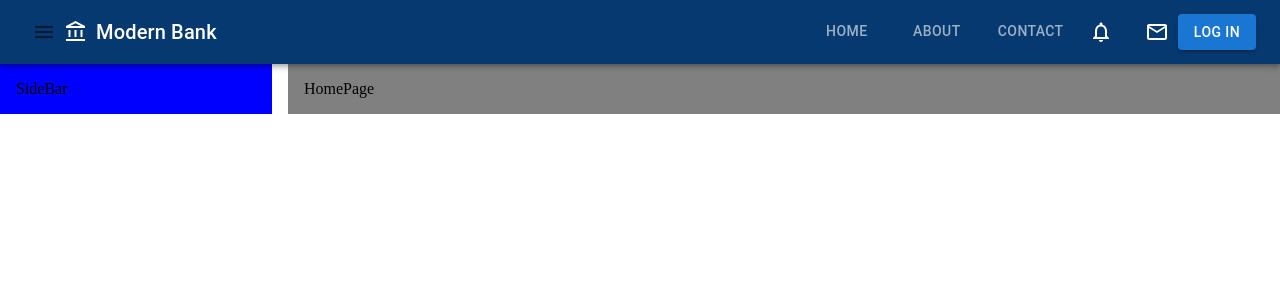
Repository: MohammadMazloum123/Moder-Bank-Full-Stack-Project
Page: / (app in Desktop/front-modernbank/front-modernbank/)
An editor plug-in stored every save of this project. The page is shown before and after the next save, followed by the edit.
The browser window is 1280 px wide. The pictures show the whole page.
The project was rebuilt for these pictures with package versions that can differ from the ones it lists, and the page was loaded fresh each time.

Above is the page before, as saved 2024-11-15 15:12:40.

After the next save:
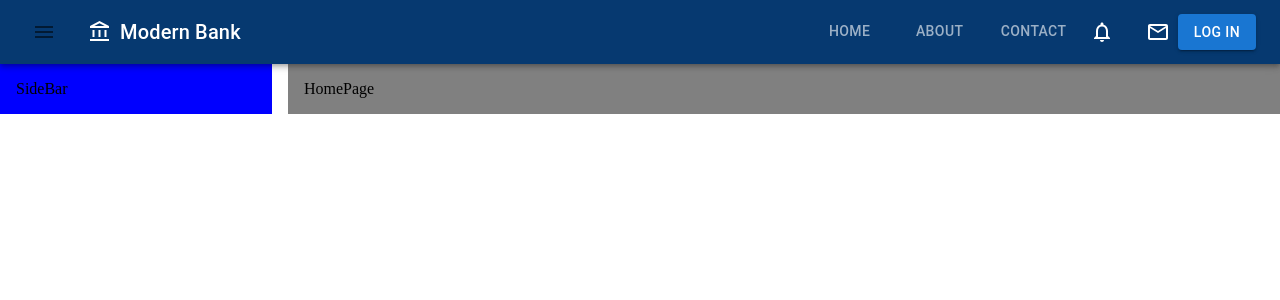
Saved 8 s later.
--- a/Desktop/front-modernbank/front-modernbank/src/components/NavBar.jsx
+++ b/Desktop/front-modernbank/front-modernbank/src/components/NavBar.jsx
@@ -12,7 +12,7 @@ return (
         <Toolbar>
 
                 <DrawerComp/>
-                <Box display="flex" alignItems="center" flex={3}>
+                <Box display="flex" alignItems="center" flex={3} ml={3}>
                     <AccountBalanceOutlined sx={{ color: "white", mr: 1 }} /> {/* Icon beside the text */}
                         <Typography variant='h6' color='inherit'>
                             Modern Bank
